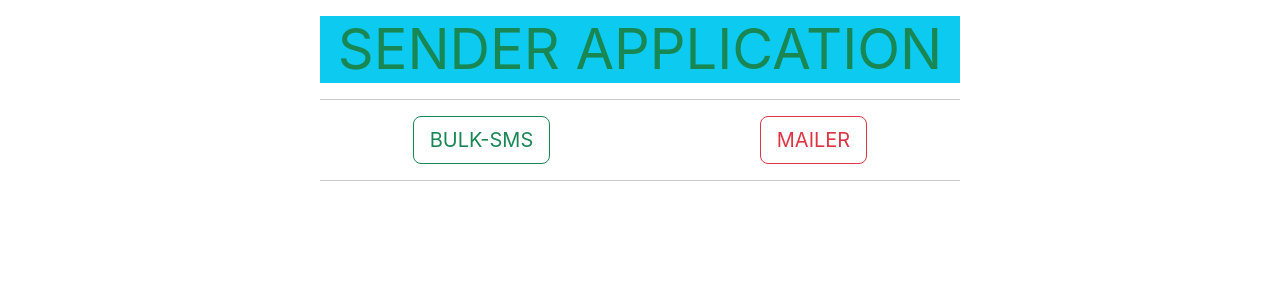
Repository: oluwaseyi9325/react-redux
Page: /
These files come from the project's save history. The page is drawn as it stood at one moment and after a run of saves; the edit follows.
The browser window is 1280 px wide. The pictures show the whole page.
The project was rebuilt for these pictures with package versions that can differ from the ones it lists, and the page was loaded fresh each time. Also part of the build but not shown: src/Pages/NotFond.tsx.

Above is the page before, as saved 2023-04-18 17:23:58.

### public/index.html
<!DOCTYPE html>
<html lang="en">

<head>
  <meta charset="utf-8" />
  <link rel="icon" href="%PUBLIC_URL%/favicon.ico" />
  <meta name="viewport" content="width=device-width, initial-scale=1" />
  <meta name="theme-color" content="#000000" />
  <meta name="description" content="Web site created using create-react-app" />
  <link rel="apple-touch-icon" href="%PUBLIC_URL%/logo192.png" />
  <link rel="manifest" href="%PUBLIC_URL%/manifest.json" />
  <link href="https://cdn.jsdelivr.net/npm/bootstrap@5.2.3/dist/css/bootstrap.min.css" rel="stylesheet" integrity="sha384-rbsA2VBKQhggwzxH7pPCaAqO46MgnOM80zW1RWuH61DGLwZJEdK2Kadq2F9CUG65" crossorigin="anonymous">
  <script src="https://cdn.jsdelivr.net/npm/bootstrap@5.2.3/dist/js/bootstrap.bundle.min.js" integrity="sha384-kenU1KFdBIe4zVF0s0G1M5b4hcpxyD9F7jL+jjXkk+Q2h455rYXK/7HAuoJl+0I4" crossorigin="anonymous"></script>
  <link rel="stylesheet" href="https://cdn.jsdelivr.net/npm/bootstrap-icons@1.10.3/font/bootstrap-icons.css">
  <title>SMS SENDER</title>
</head>

<body>
  <noscript>You need to enable JavaScript to run this app.</noscript>
  <div id="root"></div>
</body>

</html>

### src/index.tsx
import React from 'react';
import ReactDOM from 'react-dom/client';
import './index.css';
import App from './App';
import reportWebVitals from './reportWebVitals';
import { BrowserRouter } from 'react-router-dom';

const root = ReactDOM.createRoot(
  document.getElementById('root') as HTMLElement
);
root.render(
  <React.StrictMode>
    <BrowserRouter>
    <App />

    </BrowserRouter>
  </React.StrictMode>
);

// If you want to start measuring performance in your app, pass a function
// to log results (for example: reportWebVitals(console.log))
// or send to an analytics endpoint. Learn more: https://bit.ly/CRA-vitals
reportWebVitals();

### src/App.tsx
import React from 'react'
import { Route, Router, Routes } from 'react-router-dom'
import Index from './Pages/Index'
import Mailer from './Pages/Mailer'
import NotFond from './Pages/NotFond'

const App = () => {

  return (
    <>
    <Routes>
      <Route path='/' element={<Index/>} />
      <Route path='/mailer' element={<Mailer/>} />
      <Route path='*' element={<NotFond/>}/>
    </Routes>
    </>
  )
}

export default App

### src/Pages/Index.tsx
import React from 'react'
import Mailer from './Mailer'

const Index = () => {
  return (
   <>
     <Mailer/>
   </>
  )
}

export default Index

### src/Pages/Mailer.tsx
import React from 'react'
import NavBar from '../Components/NavBar'

const Mailer = () => {
  return (
   <>
    <NavBar/>

    <div className='container'>
       <div className='row mt-3'>
       <div className='mx-auto col-5'>
            <div className='p-3'>
                  <div>

                  </div>
            </div>
       </div>
       </div>
    </div>

   </>
  )
}

export default Mailer

### src/Components/NavBar.tsx
import React from 'react'

const NavBar = () => {
  return (
    <>

      <div className='text-center col-6 mx-auto mt-3'>
        <h4 className='text-success display-4 bg-info'><b>SENDER APPLICATION</b></h4>
        <hr/>
        <div className='gap-4 d-flex justify-content-around'>
            <button className='btn btn-outline-success btn-lg'>BULK-SMS</button>
            <button className='btn btn-outline-danger btn-lg'>MAILER</button>
        </div>
        <hr/>
      </div>

    </>
  )
}

export default NavBar

Loaded but not shown: src/index.css (common file); src/reportWebVitals.ts (common file)

After the next 3 saves:
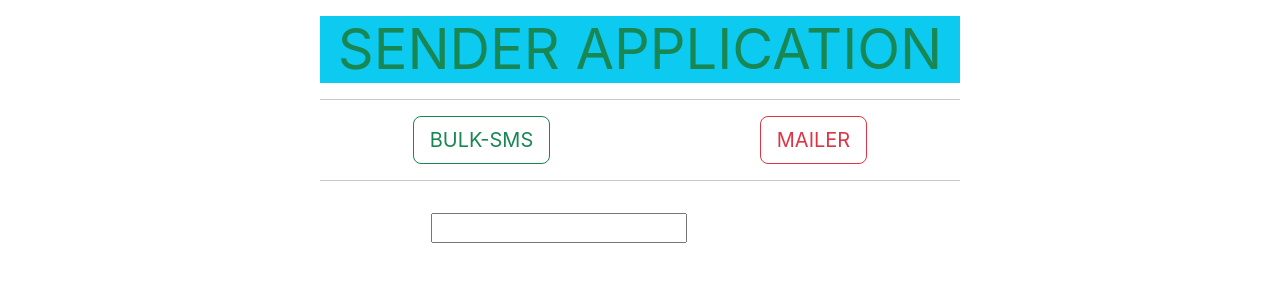
The 3 saves are shown as one change because they came seconds apart.
The last was saved 9 s later.
--- a/src/Pages/Mailer.tsx
+++ b/src/Pages/Mailer.tsx
@@ -11,7 +11,9 @@ const Mailer = () => {
        <div className='mx-auto col-5'>
             <div className='p-3'>
                   <div>
-
+                    <div>
+                        <input t />
+                    </div>
                   </div>
             </div>
        </div>
